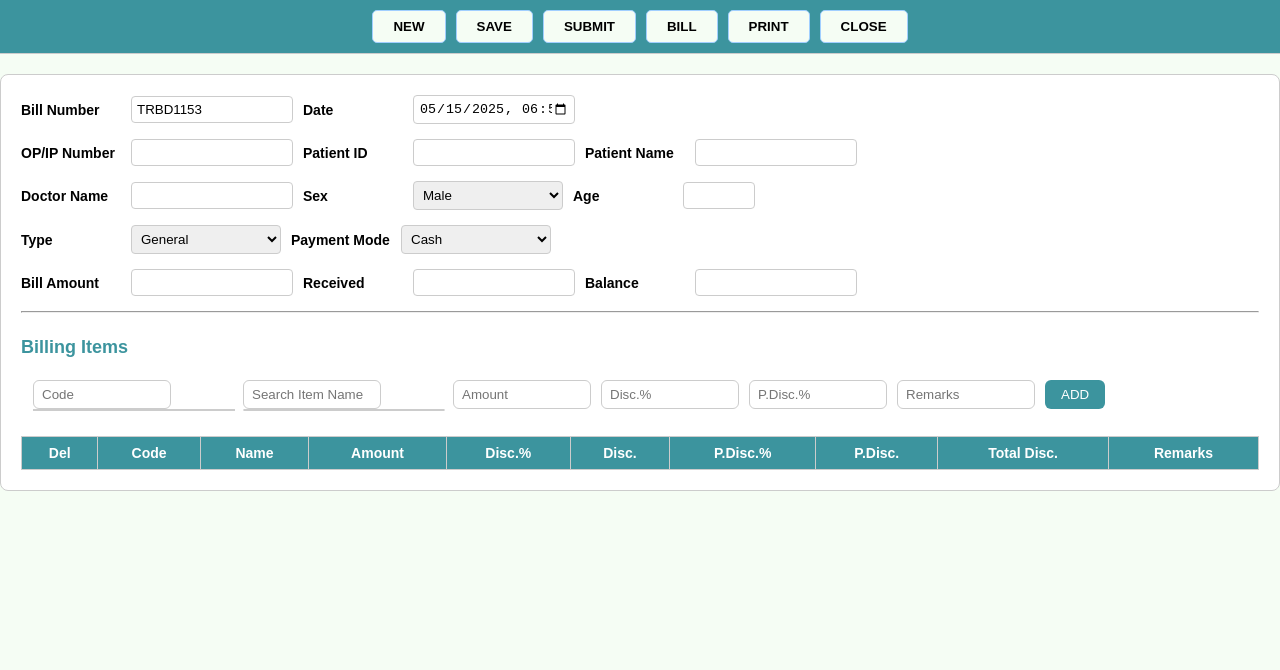
Repository: NAGENDRAN0/New
Page: http://localhost/billing
An editor plug-in stored every save of this project. The page is shown before and after the next save, followed by the edit.
The browser window is 1280 px wide. The pictures show the whole page.
The page is this project's Thymeleaf template; nobody is signed in. The template is opened directly, without the code that normally fills it, so the values that code supplies are empty.

Above is the page before, as saved 2025-05-15 11:01:43.

After the next save:
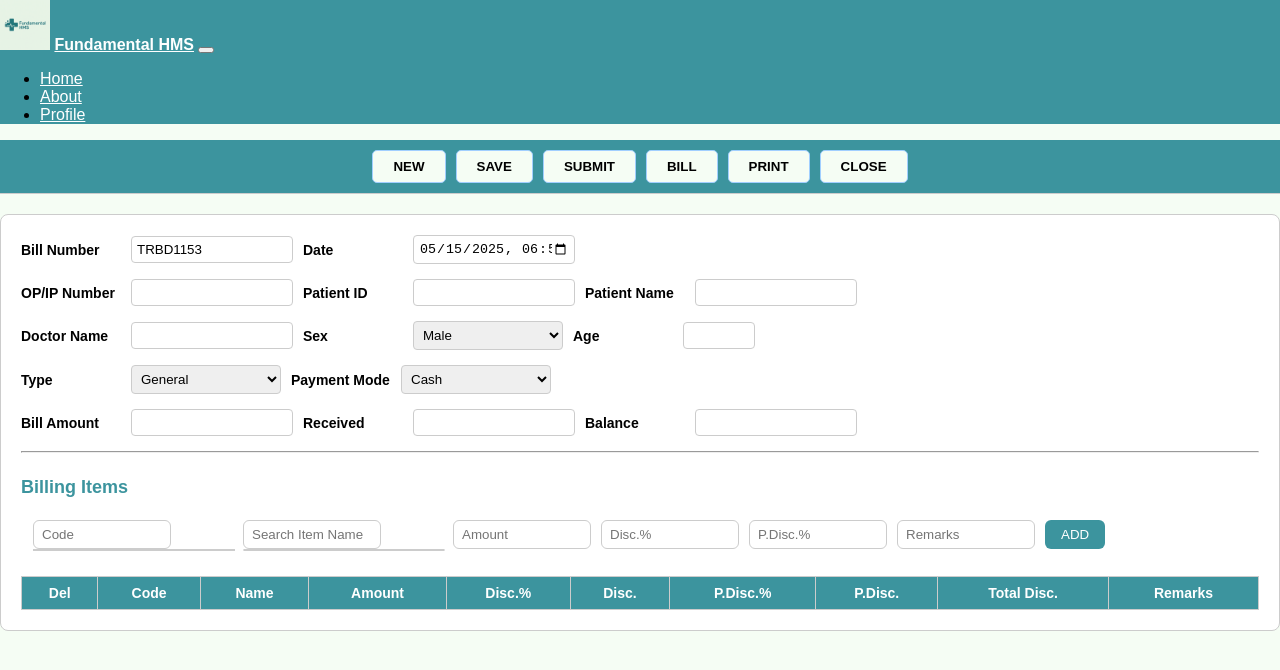
Saved 110 s later.
--- a/Documents/workspace-spring-tool-suite-4-4.25.0.RELEASE/HMS/src/main/resources/templates/billing.html
+++ b/Documents/workspace-spring-tool-suite-4-4.25.0.RELEASE/HMS/src/main/resources/templates/billing.html
@@ -100,6 +100,29 @@
 
   </head>
   <body>
+	<nav class="navbar navbar-expand-lg navbar-dark" style="background-color: #3C949E;">
+			<div class="container d-flex align-items-center">
+				<img th:src=@{/image/Logo.png} class="logo" width="50" height="50"/>
+				<a class="navbar-brand d-flex align-items-center" th:href="@{/}" style="color: white; font-weight: bold;">Fundamental HMS</a>
+				<button class="navbar-toggler" type="button" data-bs-toggle="collapse" data-bs-target="#navbarNav"
+					aria-controls="navbarNav" aria-expanded="false" aria-label="Toggle navigation">
+					<span class="navbar-toggler-icon"></span>
+				</button>
+				<div class="collapse navbar-collapse" id="navbarNav">
+					<ul class="navbar-nav ms-auto">
+						<li class="nav-item">
+							<a class="nav-link active" th:href="@{/}" style="color: white;">Home</a>
+						</li>
+						<li class="nav-item">
+							<a class="nav-link" th:href="@{/features}" style="color: white;">About</a>
+						</li>
+						<li class="nav-item">
+							<a class="nav-link" th:href="@{/contact}" style="color: white;">Profile</a>
+						</li>
+					</ul>
+				</div>
+			</div>
+		</nav>
     <div class="toolbar">
       <button>NEW</button>
       <button>SAVE</button>

After the save that followed:
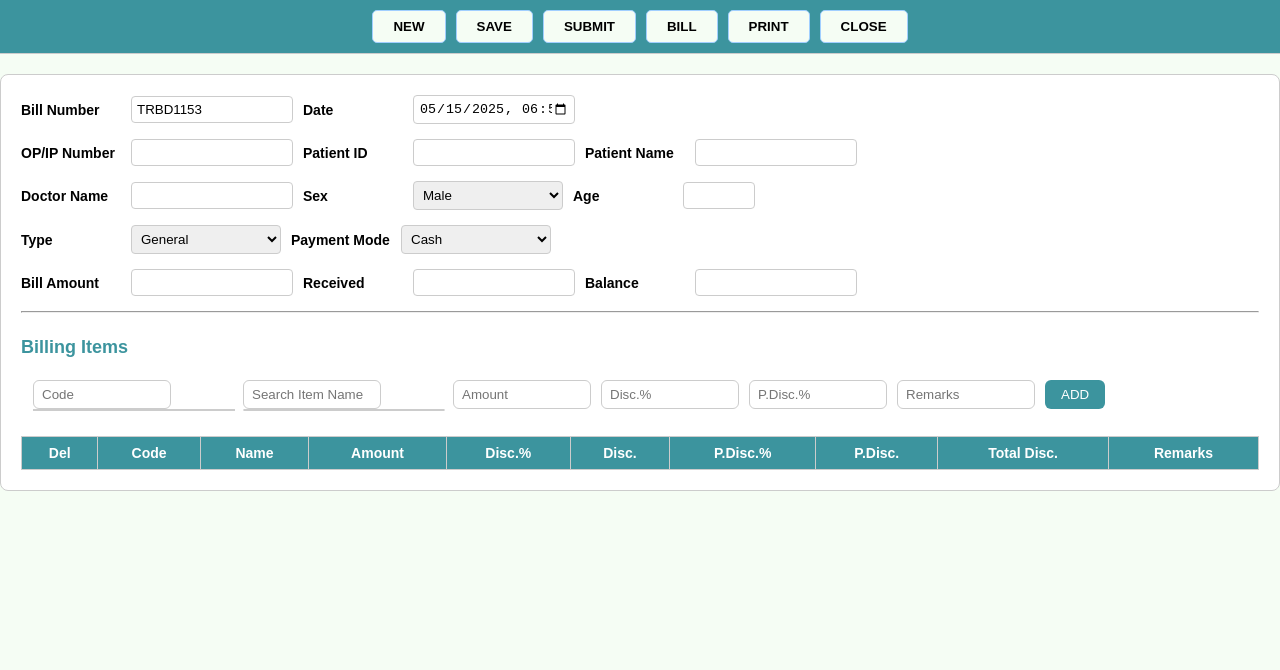
Saved 10 s later.
--- a/Documents/workspace-spring-tool-suite-4-4.25.0.RELEASE/HMS/src/main/resources/templates/billing.html
+++ b/Documents/workspace-spring-tool-suite-4-4.25.0.RELEASE/HMS/src/main/resources/templates/billing.html
@@ -100,29 +100,7 @@
 
   </head>
   <body>
-	<nav class="navbar navbar-expand-lg navbar-dark" style="background-color: #3C949E;">
-			<div class="container d-flex align-items-center">
-				<img th:src=@{/image/Logo.png} class="logo" width="50" height="50"/>
-				<a class="navbar-brand d-flex align-items-center" th:href="@{/}" style="color: white; font-weight: bold;">Fundamental HMS</a>
-				<button class="navbar-toggler" type="button" data-bs-toggle="collapse" data-bs-target="#navbarNav"
-					aria-controls="navbarNav" aria-expanded="false" aria-label="Toggle navigation">
-					<span class="navbar-toggler-icon"></span>
-				</button>
-				<div class="collapse navbar-collapse" id="navbarNav">
-					<ul class="navbar-nav ms-auto">
-						<li class="nav-item">
-							<a class="nav-link active" th:href="@{/}" style="color: white;">Home</a>
-						</li>
-						<li class="nav-item">
-							<a class="nav-link" th:href="@{/features}" style="color: white;">About</a>
-						</li>
-						<li class="nav-item">
-							<a class="nav-link" th:href="@{/contact}" style="color: white;">Profile</a>
-						</li>
-					</ul>
-				</div>
-			</div>
-		</nav>
+
     <div class="toolbar">
       <button>NEW</button>
       <button>SAVE</button>
